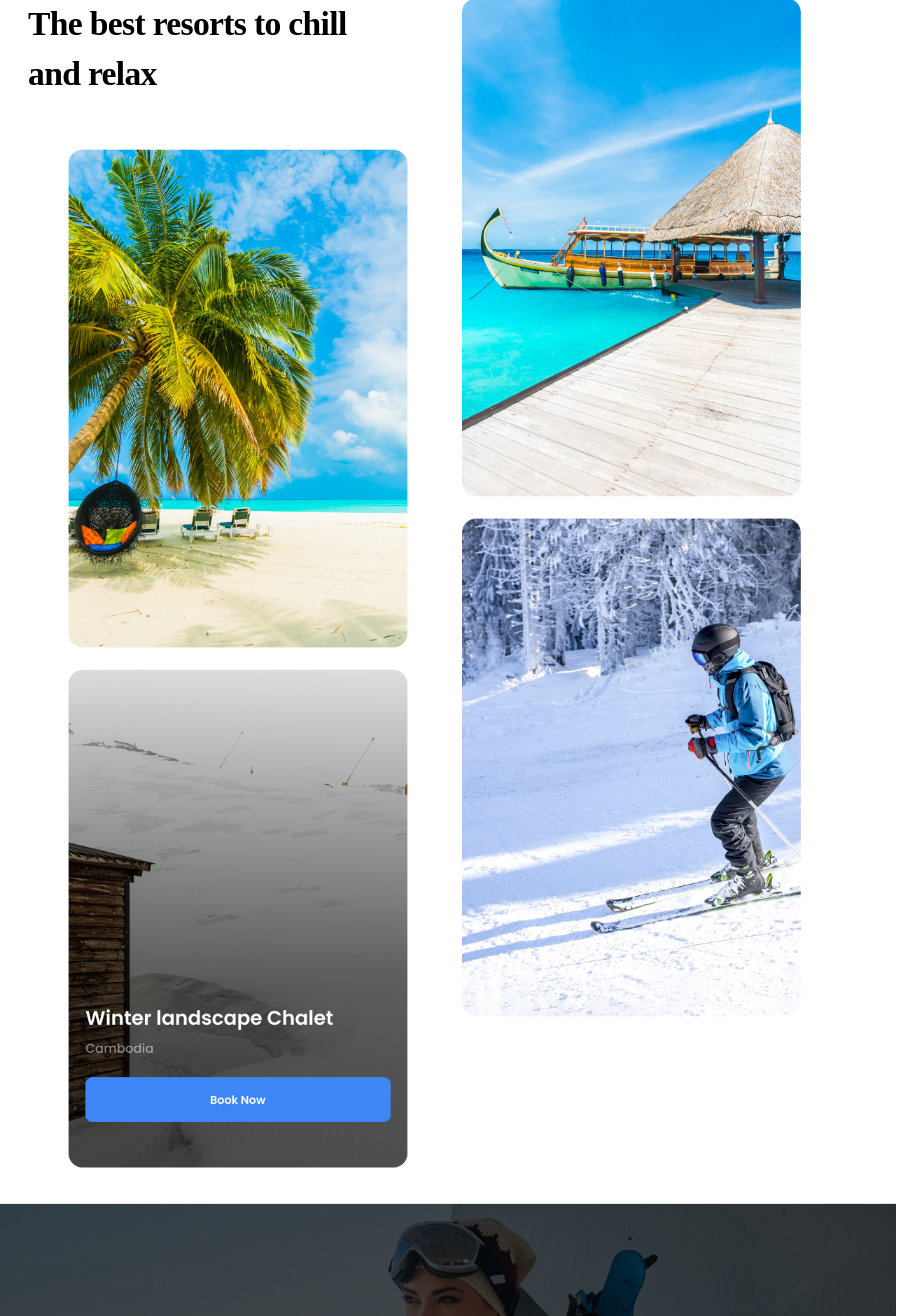
Repository: swissjake/arctic-travel-agency
Page: /
These files come from the project's save history. The page is drawn as it stood at one moment and after the next save; the edit follows.
The browser window is 1280 px wide. The page is 1300 px wide, so the pictures cover 1300 px, including what lies to the right of the window. The pictures show the part of the page from y = 2807 to 4687 px (the page is 6009 px tall), at 70% of full size.
The project was rebuilt for these pictures with package versions that can differ from the ones it lists, and the page was loaded fresh each time. Also part of the build but not shown: src/App.css.

Above is the page before, as saved 2022-05-04 17:47:56.

### public/index.html
<!DOCTYPE html>
<html lang="en">
  <head>
    <meta charset="utf-8" />
    <link rel="icon" href="%PUBLIC_URL%/favicon.ico" />
    <meta name="viewport" content="width=device-width, initial-scale=1" />
    <meta name="theme-color" content="#000000" />
    <meta
      name="description"
      content="Web site created using create-react-app"
    />

    <title>Arctic Travel Agency</title>
  </head>
  <body>
    <noscript>You need to enable JavaScript to run this app.</noscript>
    <div id="root"></div>
    <!--
      This HTML file is a template.
      If you open it directly in the browser, you will see an empty page.

      You can add webfonts, meta tags, or analytics to this file.
      The build step will place the bundled scripts into the <body> tag.

      To begin the development, run `npm start` or `yarn start`.
      To create a production bundle, use `npm run build` or `yarn build`.
    -->
  </body>
</html>

### src/index.css
@tailwind base;
@tailwind components;
@tailwind utilities;

@import url('https://fonts.googleapis.com/css2?family=Poppins:wght@300;400;500;700&display=swap');


body{
    font-family: 'poppins';
}

@layer components {
    .container {
        @apply max-w-[1440px] mx-auto
    }
    .btn{
        @apply mt-[68px] bg-[#3E86F5] py-[22px] px-[39px] rounded-[10px] text-[16px] text-white
    }
    .booktrip{
        @apply font-medium text-[18px]
    }

}

.bookshadow{
    box-shadow: 0px 134px 193px rgba(183, 183, 183, 0.07), 0px 16.7789px 24.1666px rgba(183, 183, 183, 0.035);
}
/* .container {
    max-width: 1440px;
    margin: 0 auto;
} */

### src/pages/LandingPage.tsx
import Footer from "../components/Footer/Footer"
import Hero from "../components/Hero/Hero"
import HeroIcons from "../components/HeroIcons/HeroIcons"
import IceCold from "../components/IceCold/IceCold"
import Nav from "../components/Nav/Nav"
import Passes from "../components/Passes/Passes"
import Region from "../components/Region/Region"
import Resort from "../components/Resort/Resort"
import heroImage from '../assets/heroImage.jpeg'


const LandingPage = () => {
  return (
    <>
  <div>
  <div className="h-[780px]  w-full bg-no-repeat bg-center bg-cover" style={{backgroundImage:`linear-gradient(180deg, rgba(0, 0, 0, 0.65) 0%, rgba(0, 0, 0, 0.580838) 32.24%, rgba(0, 0, 0, 0.486293) 62.09%, rgba(0, 0, 0, 0) 98.06%), url(${heroImage})`}}>
     <Nav />
     <Hero />

  </div>

    <HeroIcons />
    <IceCold />
  </div>
  <Region />
  <Resort/>
  <Passes />

     {/*  style={{backgroundImage:`linear-gradient(180deg, rgba(0, 0, 0, 0.65) 0%, rgba(0, 0, 0, 0.580838) 32.24%, rgba(0, 0, 0, 0.486293) 62.09%, rgba(0, 0, 0, 0) 98.06%), url(${heroImage})`}} */}

     <Footer/>
    </>
  )
}

export default LandingPage

### src/components/Footer/Footer.tsx
import React from 'react'
import aeroplane from "../../assets/aeroplane.svg"
import facebook from "../../assets/facebook.svg"
import instagram from "../../assets/instagram.svg"
import twitter from "../../assets/twitter.svg"


const social=[facebook,twitter,instagram]
const company=["about","careers","mobile"]
const contact=["faq","careers","affiliates"]
const more=["airlines","airfees","lowfare tips"]





const Footer = () => {
  return (
      <footer className='pt-[5rem]'>
         <div className="container p-[20px] md:pl-[61px] md:pr-[57px]">
            <div className="sm:flex justify-between">

<div className="mb-[3rem] w-[50%]">
  <img src={aeroplane} className="mb-[27px]" alt="aeroplane" />
  <p className="capitalize text-2xl font-bold">artic travels</p>
  <p className="capitalize mt-[16px] mb-[34px] w-[217px]">Book your trip in minutes, get full
control for much longer.</p>
<div className="flex mt-5">

  {social.map((item,index)=> (<img src={item} className="mx-2 " alt="icons" />))}
</div>
</div>

<div className='mb-5 flex-1'>
  <h2 className="text-[#3E86F5] mb-[40px] uppercase">company</h2>
  <ul>
    {company.map((item,index)=>(
      <li className="capitalize leading-10">{item}</li>
    ))}
  </ul>
</div>

<div className='mb-5 flex-1'>
  <h2 className="text-[#3E86F5] mb-[40px] uppercase">contact</h2>
  <ul>
    {contact.map((item,index)=>(
      <li className="capitalize leading-10">{item}</li>
    ))}
  </ul>
</div>

<div className=' flex-1'>
  <h2 className="text-[#3E86F5] mb-[40px] uppercase">more</h2>
  <ul>
    {more.map((item,index)=>(
      <li className="capitalize leading-10">{item}</li>
    ))}
  </ul>
</div>


              </div>

              <div className="mt-[7.25rem] sm:flex justify-between text-gray-400">

<div className="mb-[3rem] w-[50%]">
© 2022 Arctic Travels - All right reserved.
</div>

<div className='mb-5 flex-1'>
Privacy Policy
</div>

<div className='mb-5 flex-1'>
Terms of Use
</div>

<div className='mb-5 invisible flex-1'>
  <h2 className="text-[#3E86F5] mb-[40px] uppercase">more</h2>
  <ul>
    {more.map((item,index)=>(
      <li className="capitalize leading-10">{item}</li>
    ))}
  </ul>
</div>


              </div>


         </div>
      </footer>

  )
}

export default Footer

### src/components/Hero/Hero.tsx

const Hero = () => {
  return (
    <section >
         <div className="container md:pl-[61px] p-[20px] md:pr-[57px]">
           {/* <img src={heroImage} alt="" /> */}
           <div className="pt-[160px] text-center md:text-left md:pt-[200px] text-white ">
           <h1 className="md:w-[46.6rem] md:whitespace-nowrap text-[32px] md:text-[56px] capitalize font-bold tracking-{-0.03em}">Plan the perfect winter trip</h1>
           <p className="md:w-[33rem] text-[14px] md:text-[22px] font-normal tracking-[-0.01em] mt-[20px]">Easily plan your ideal ski trip from home with the help of professionals</p>
           <button className="btn">Book Now</button>
           </div>
        </div>
    </section>

  )
}

export default Hero

//background: linear-gradient(180deg, rgba(0, 0, 0, 0.65) 0%, rgba(0, 0, 0, 0.580838) 32.24%, rgba(0, 0, 0, 0.486293) 62.09%, rgba(0, 0, 0, 0) 98.06%);

### src/components/HeroIcons/HeroIcons.tsx
import React from 'react'
import nike from '../../assets/nike.svg'
import applepay from '../../assets/applepay.svg'
import silverstar from '../../assets/silverstar.svg'
import intra from '../../assets/intra.svg'
import mastercard from '../../assets/mastercard.svg'
import BookTrip from '../BookTrip/BookTrip'



const HeroIcons = () => {

  return (
    <section className='bg-[#F8F9FC]'>
         <BookTrip />
        <div className='container md:h-[243px]'>
            <div className='flex flex-wrap md:flex-nowrap items-center justify-center px-3 pb-[45px]  md:px-[222px] pt-[200px] md:pt-[149px] space-y-6 md:space-y-0'>
                    <div className='md:mr-[120px] mr-[40px]'>
                        <img className='w-[96px] h-[50px]' src={nike} alt="nike" />
                    </div>
                    <div className='md:mr-[126px] mr-[40px]'>
                        <img className='w-[96px] h-[56px]' src={applepay} alt="applepay" />
                    </div>
                    <div className='md:mr-[128px] mr-[40px]'>
                        <img className='w-[126px] h-[57px]' src={silverstar} alt="silver" />
                    </div>
                    <div className='md:mr-[130px] mr-[40px]'>
                        <img className='w-[108px] h-[46px]' src={intra} alt="intra" />
                    </div>
                    <div className=''>
                        <img className='w-[64px] h-[64px]' src={mastercard} alt="mastercard" />
                    </div>
            </div>

        </div>
    </section>
    )
}

export default HeroIcons

### src/components/IceCold/IceCold.tsx
import React from 'react'
import map from '../../assets/map.svg'
import arrow from '../../assets/Arrow.svg'

const IceCold = () => {
  return (
      <section className='bg-[#F8F9FC]'>
         <div className='container h-[693px] p-[20px] pt-[179px] md:pl-[40px]'>
             <div className='h-[492px] relative  bg-[rgba(62, 134, 245, .2)]' style={{backgroundImage:`url(${map})`}}>
                <h1 className='w-full md:w-[791px] leading-[54px] tracking-[-0.02em] text-[black] font-semibold left-[50%] translate-x-[-50%] absolute top-[-60px] h-[108px] text-[30px] md:text-[40px] text-center'>Creating the best <span className='text-[#3E86F5]'>ice-cold!</span> experience you would never forget.</h1>

                 <p className='w-full md:w-[697px] md:h-[72px] absolute left-[50%] translate-x-[-50%] text-[rgba(0, 0, 0, 0.5)] text-[18px] md:text-[24px] mt-[120px] md:mt-[60px] text-center leading-[36px] font-normal'>Would you explore nature paradise in the world, find the best destination in the world with us.</p>
                <div className=''>
                    <h1 className='w-full md:w-[454px] md:h-[50px] md:whitespace-nowrap absolute mb-[75px] md:mb-[150px] bottom-0 left-[50%] translate-x-[-50%] font-semibold text-[#000000] text-[40px] text-center leading-[60px] tracking-[-0.02em]'>View Regions available</h1>
                    <img className='absolute bottom-0 left-[50%] translate-x-[-50%] mb-[36px] md:mb-[73px]' src={arrow} alt="/" />
                </div>
             </div>

        </div>
      </section>

  )
}

export default IceCold

### src/components/Nav/Nav.tsx
import React, {useState} from 'react'
import aeroplane from "../../assets/aeroplane.svg";
import {AiOutlineClose, AiOutlineMenu} from 'react-icons/ai'

const Nav = () => {
  const [close, setClose]=useState(true)


  const navitems:string[] = ["About us", "Support", "Language"];
  return (
    <section className=''>
<div className='container  top-0 flex md:pl-[61px] justify-between p-[20px] md:pr-[57px]'>
  <div className="flex items-center">
  <img src={aeroplane} className="mr-[10px]" alt="aeroplane" />
  <h2 className='capitalize font-bold text-white mr-[56px]'>artic travels</h2>
 <ul className="inline hidden md:block">
   {navitems.map((item:string, index) => <li key={index} className="inline capitalize text-white mr-[40px]"><button>{item}</button></li>)}
 </ul>
  </div>

  <button className='hidden md:block text-[#3E86F5] h-[48px] rounded-[10px] w-[151px] bg-white'>
  Sign in
</button>
<button className='md:hidden block' onClick={()=>setClose(!close)}>
<AiOutlineMenu size={20} className='text-white'/>
</button>
</div>
<div style={{width:close?"0%":"100%",transition:"all .5s"}} className="fixed md:hidden block overflow-hidden  flex h-[100%] top-0 bg-black z-50">
<ul className="inline m-auto">
   {navitems.map((item:string) => <li className="leading-10 text-white"><button onClick={()=>setClose(true)} className="capitalize">{item}</button></li>)}
 </ul>
 <button className='hidden text-[#3E86F5] h-[48px] rounded-[10px] w-[151px] bg-white'>
  Sign in
</button>


<button onClick={()=>setClose(!close)} className="absolute top-[5%] right-[5%] border-white border-[4px] font-bold p-1 rounded-full"><AiOutlineClose size={20} className='fill-white'/></button>

</div>

    </section>
  )
}

export default Nav

// npm install @mui/icons-material

### src/components/Passes/Passes.tsx
import React from 'react'
import passes from '../../assets/passesimg.jpg'

const Passes = () => {
  return (
      <section className='bg-center bg-cover bg-no-repeat' style={{backgroundImage: `linear-gradient(0deg, rgba(0, 0, 0, 0.7), rgba(0, 0, 0, 0.7)),url(${passes})`, backgroundPosition:"center 25%"}}>
            <div className='container h-[500px] md:h-[750px] md:pl-[61px]  md:pr-[57px]  text-white' >
                <div className=' text-center md:text-left'>
                <h1 className='md:w-[1017px] pt-[120px] md:pt-[200px] font-semibold text-[36px] md:text-[72px] leading-[54px] md:leading-[108px] tracking-[-0.02em]'>View Passes We’ve Made Available For You</h1>
                <button className='btn mt-[40px] md:mt-[71px]'>View Passes</button>
                </div>
            </div>
      </section>

  )
}

export default Passes

### src/components/Region/Region.tsx
import React from 'react'
import region1 from '../../assets/region1.png'
import region2 from '../../assets/region2.png'
import region3 from '../../assets/region3.png'


const Region = () => {
  return (
      <section>
             <div className=''>
                 <div className='flex '>
             <div className='flex-1'>
             <img className="w-full" src={region1} alt="/"/>
             </div>

               <div className="flex-1">
               <img className="w-full" src={region2} alt="/" />

               </div>

             <div className="flex-1">
                <img className='w-full'  src={region3} alt="/" />
            </div>



            </div>
            </div>
      </section>

  )
}

export default Region

### src/components/Resort/Resort.tsx
import React from 'react'
import picture1 from "../../assets/picture1.png"
import picture2 from "../../assets/picture2.png"
import picture3 from "../../assets/picture3.png"
import picture4 from "../../assets/picture4.png"
const Resort = () => {
  return (
 <section>
   <div className="container p-[20px] pt-[179px] md:pl-[40px]">
<div className="md:flex gap-5 justify-between">

  <div className="flex-1">
  <p className="text-[3rem] md:w-[80%] w-full mb-[4.5rem] font-[600] tracking-[-0.02em]">The best resorts to chill and relax</p>
  <div className="w-full md:flex justify-end flex-wrap">
  <img src={picture1} className="mb-[32px] mx-auto" alt="" />
<img src={picture2} className="mb-[32px] mx-auto" alt="" />
  </div>

  </div>

<div className="flex-1">
<img src={picture3} className="mb-5 mb-[32px] md:mx-0 mx-auto" alt="" />
<img src={picture4} className="mx-auto md:mx-0" alt="" />
</div>

  </div>
   </div>
 </section>
  )
}

export default Resort

### src/components/BookTrip/BookTrip.tsx
import React from 'react'
import location from '../../assets/location.svg'
import aero from '../../assets/aero.svg'
import user from '../../assets/user.svg'
import dropdown from '../../assets/dropdown.svg'
import checkin from '../../assets/checkin.svg'

const BookTrip = () => {
  return (
      <section>
            <div className='container p-2 md:p-0 md:relative'>

                <div className='bookshadow md:w-[1320px] md:absolute bg-white rounded-[16px] md:z-40 md:h-[140px] md:mt-[-75px] md:left-[50%] md:translate-x-[-50%] md:space-x-[120px] md:flex-row flex flex-col p-7  items-center justify-center'>
                    <div className='mb-4 md:mb-0'>
                        <div className='flex'>
                            <img className="mr-[20px]" src={location} alt="/" />
                            <p className='font-medium text-[#929191] text-[16px] tracking-[0.08em] leading-[24px] uppercase'>location</p>
                        </div>
                        <div className='flex'>
                            <p className="booktrip">Iceland</p>
                            <img className="ml-[8px]" src={dropdown} alt="/" />
                        </div>
                    </div>

                    <div className='mb-4 md:mb-0'>
                        <div className='flex'>
                            <img className="mr-[20px]" src={user} alt="/" />
                         <p className='font-medium text-[#929191] text-[16px] tracking-[0.08em] leading-[24px] uppercase'>Persons</p>
                    </div>
                    <div className='flex'>
                        <p className="booktrip">4 Persons</p>
                        <img className="ml-[8px]" src={dropdown} alt="/" />
                    </div>
                </div>

                <div className='mb-4 md:mb-0'>
                    <div className='flex'>
                        <img className="mr-[20px]" src={checkin} alt="/" />
                         <p className='font-medium text-[#929191] text-[16px] tracking-[0.08em] leading-[24px] uppercase'>check in</p>
                    </div>
                    <div className='flex'>
                        <p className="booktrip">12 January 2022</p>
                        <img className="ml-[8px]" src={dropdown} alt="/" />
                    </div>
                </div>

                <div className=''>
                    <div className='flex'>
                        <img className="mr-[20px]" src={checkin} alt="/" />
                         <p className='font-medium text-[#929191] text-[16px] tracking-[0.08em] leading-[24px] uppercase'>checkout</p>
                    </div>
                    <div className='flex'>
                        <p className="booktrip">18 January 2022</p>
                        <img className="ml-[8px]" src={dropdown} alt="/" />
                    </div>
                </div>
                <button className='btn flex md:my-[38px]'>Book Trip <img className='ml-[12px]' src={aero} alt="/" /> </button>
                </div>
            </div>
    </section>


  )
}

export default BookTrip

Loaded but not shown: src/index.tsx (common file); src/App.tsx (common file); tailwind.config.js (common file)

After the next save:
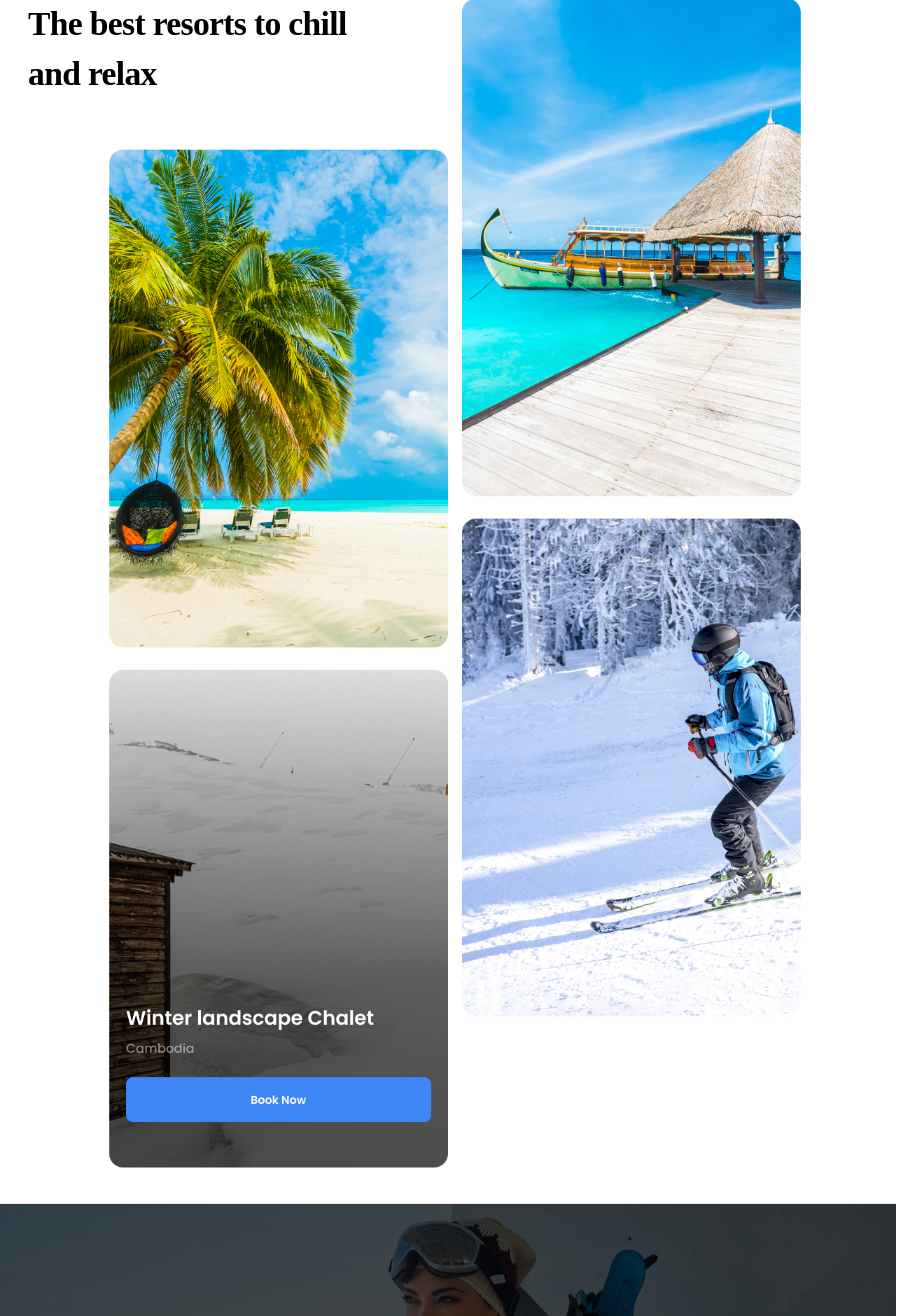
Saved 12 s later.
--- a/src/components/Resort/Resort.tsx
+++ b/src/components/Resort/Resort.tsx
@@ -12,8 +12,8 @@ const Resort = () => {
   <div className="flex-1">
   <p className="text-[3rem] md:w-[80%] w-full mb-[4.5rem] font-[600] tracking-[-0.02em]">The best resorts to chill and relax</p>
   <div className="w-full md:flex justify-end flex-wrap">
-  <img src={picture1} className="mb-[32px] mx-auto" alt="" />
-<img src={picture2} className="mb-[32px] mx-auto" alt="" />
+  <img src={picture1} className="mb-[32px] mx-auto md:mx-0" alt="" />
+<img src={picture2} className="mb-[32px] mx-auto md:mx-0" alt="" />
   </div>
 
   </div>
